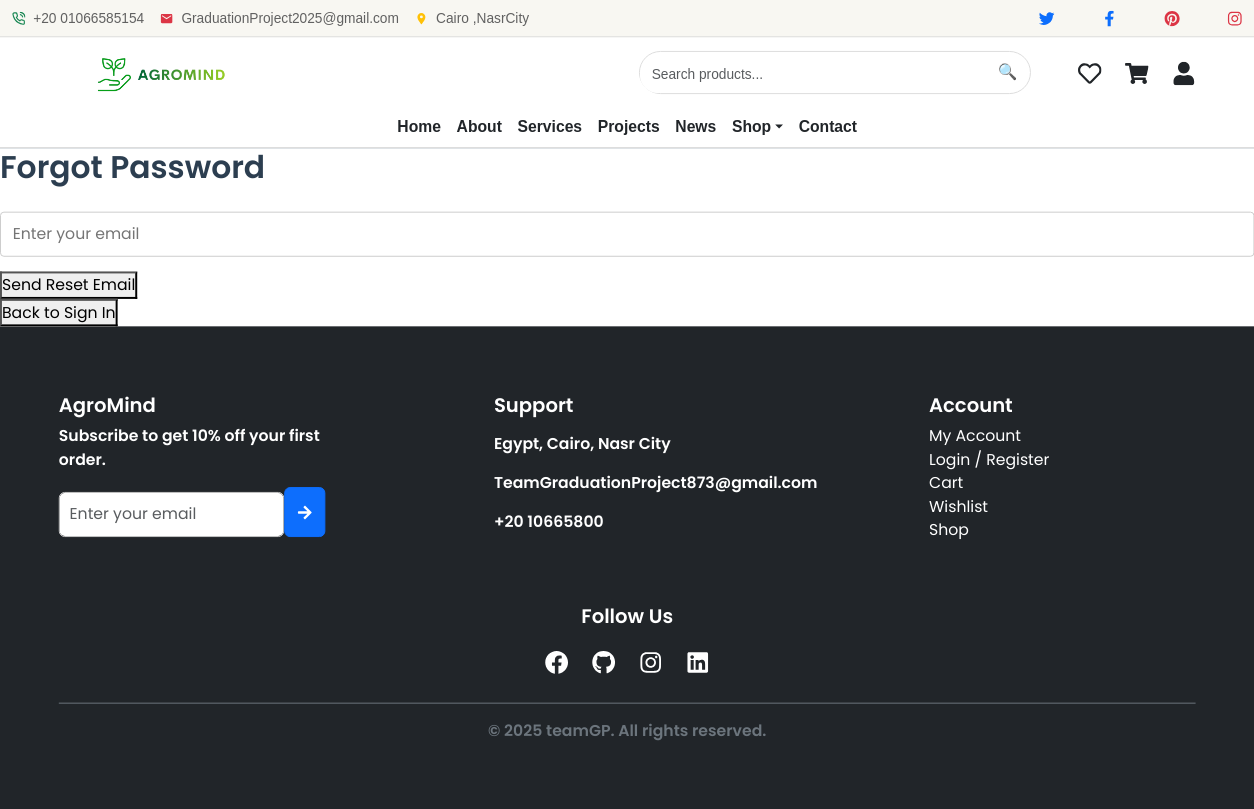
Repository: ShimaaMohamedRoshdi/WorkSpace-agromind
Page: /forget-password (app in agricultural-management-system-vs/agricultural-management-system-main/)
The author's editor kept a copy of each file at every save. The page is drawn from the files as they stood at one save, then again after the next save.
The browser window is 1280 px wide. The pictures show the whole page, at 98% of full size.
The project was rebuilt for these pictures with package versions that can differ from the ones it lists, and the page was loaded fresh each time. Also part of the build but not shown: agricultural-management-system-vs/agricultural-management-system-main/vite.config.js, agricultural-management-system-vs/agricultural-management-system-main/src/pages/SignUp.jsx, agricultural-management-system-vs/agricultural-management-system-main/src/pages/SignIn.jsx, agricultural-management-system-vs/agricultural-management-system-main/src/components/HealthyFoods.css, agricultural-management-system-vs/agricultural-management-system-main/src/components/HealthyFoods.jsx, agricultural-management-system-vs/agricultural-management-system-main/src/components/ProductCard.jsx, agricultural-management-system-vs/agricultural-management-system-main/src/components/Products.jsx, agricultural-management-system-vs/agricultural-management-system-main/src/components/AgricultureSkill.jsx and 40 more.

Above is the page before, as saved 2025-05-01 04:31:12.

After the next save:
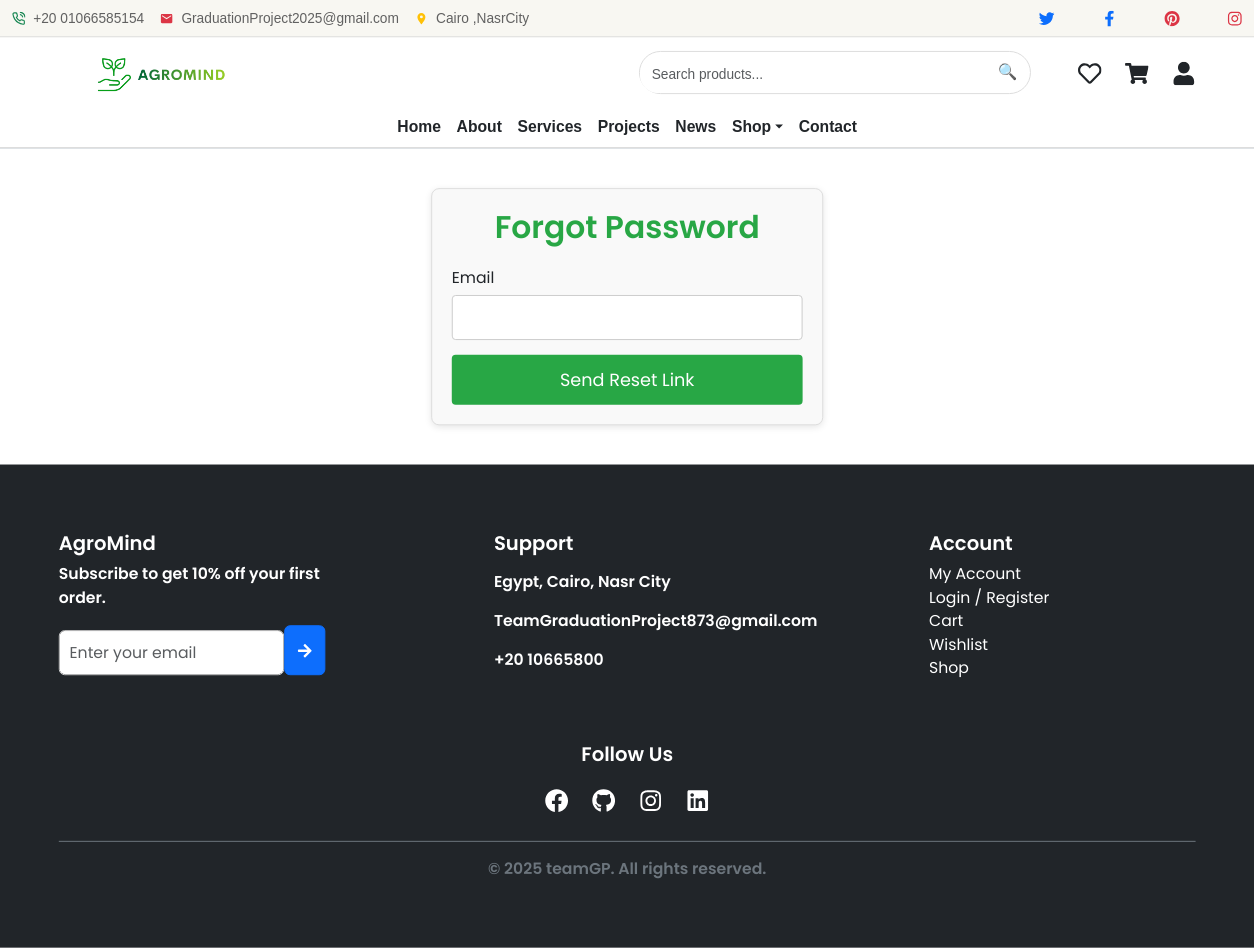
Saved 3 min 55 s later.
--- a/agricultural-management-system-vs/agricultural-management-system-main/src/pages/ForgotPassword.jsx
+++ b/agricultural-management-system-vs/agricultural-management-system-main/src/pages/ForgotPassword.jsx
@@ -1,59 +1,59 @@
-import React, { useState } from 'react';
-import { Formik, Form, Field, ErrorMessage } from 'formik';
-import * as Yup from 'yup';
-import axios from 'axios';
-import { useNavigate } from 'react-router-dom';
+import React, { useState } from "react";
+import { Formik, Form, Field, ErrorMessage } from "formik";
+import * as Yup from "yup";
+import api from "../../services/api";
+import "./ForgetPassword.css";
 
-const ForgotPassword = () => {
-  const navigate = useNavigate();
-  const [message, setMessage] = useState(null);
+const ForgetPassword = () => {
+  console.log("Forget Password Page Rendered");
+
+  const [message, setMessage] = useState('');
+  const [error, setError] = useState('');
 
   const validationSchema = Yup.object({
     email: Yup.string()
-      .email('Invalid email format')
-      .required('Email is required'),
+      .email("Invalid email format")
+      .required("Email is required"),
   });
 
-  const handleSubmit = async (values, { setSubmitting }) => {
+  const onSubmit = async (values) => {
     try {
-      const response = await axios.post('http://localhost:5132/api/Accounts/ForgotPassword', {
-        email: values.email,
-      });
-      setMessage('Password reset email sent. Please check your inbox.');
-    } catch (error) {
-      setMessage(
-        error.response?.data?.Message ||
-        'Error sending password reset email. Please try again.'
-      );
-    } finally {
-      setSubmitting(false);
+      const response = await api.post("/api/Accounts/SendEmail", { email: values.email });
+      setMessage(response.data.message || "Password reset link sent successfully.");
+      setError('');
+    } catch (err) {
+      setError('Failed to send reset email. Please try again.');
+      setMessage('');
     }
   };
 
   return (
-    <div className="forgot-password-container">
+    <div className="reset-password-container">
       <h2>Forgot Password</h2>
+      <Formik
+        initialValues={{ email: "" }} // Initial form values
+        validationSchema={validationSchema}
+        onSubmit={onSubmit}
+      >
+        <Form>
+          <div className="form-group">
+            <label htmlFor="email">Email</label>
+            <Field
+              type="email"
+              id="email"
+              name="email"
+              className="form-control"
+            />
+            <ErrorMessage name="email" component="div" className="error" />
+          </div>
+          <button type="submit" className="submit-btn">Send Reset Link</button>
+        </Form>
+      </Formik>
+
       {message && <p>{message}</p>}
-      <Formik
-        initialValues={{ email: '' }}
-        validationSchema={validationSchema}
-        onSubmit={handleSubmit}
-      >
-        {({ isSubmitting }) => (
-          <Form>
-            <div className="form-group">
-              <Field name="email" type="email" placeholder="Enter your email" />
-              <ErrorMessage name="email" component="div" className="error" />
-            </div>
-            <button type="submit" disabled={isSubmitting}>
-              Send Reset Email
-            </button>
-          </Form>
-        )}
-      </Formik>
-      <button onClick={() => navigate('/signin')}>Back to Sign In</button>
+      {error && <p style={{ color: 'red' }}>{error}</p>}
     </div>
   );
 };
 
-export default ForgotPassword;
+export default ForgetPassword;
